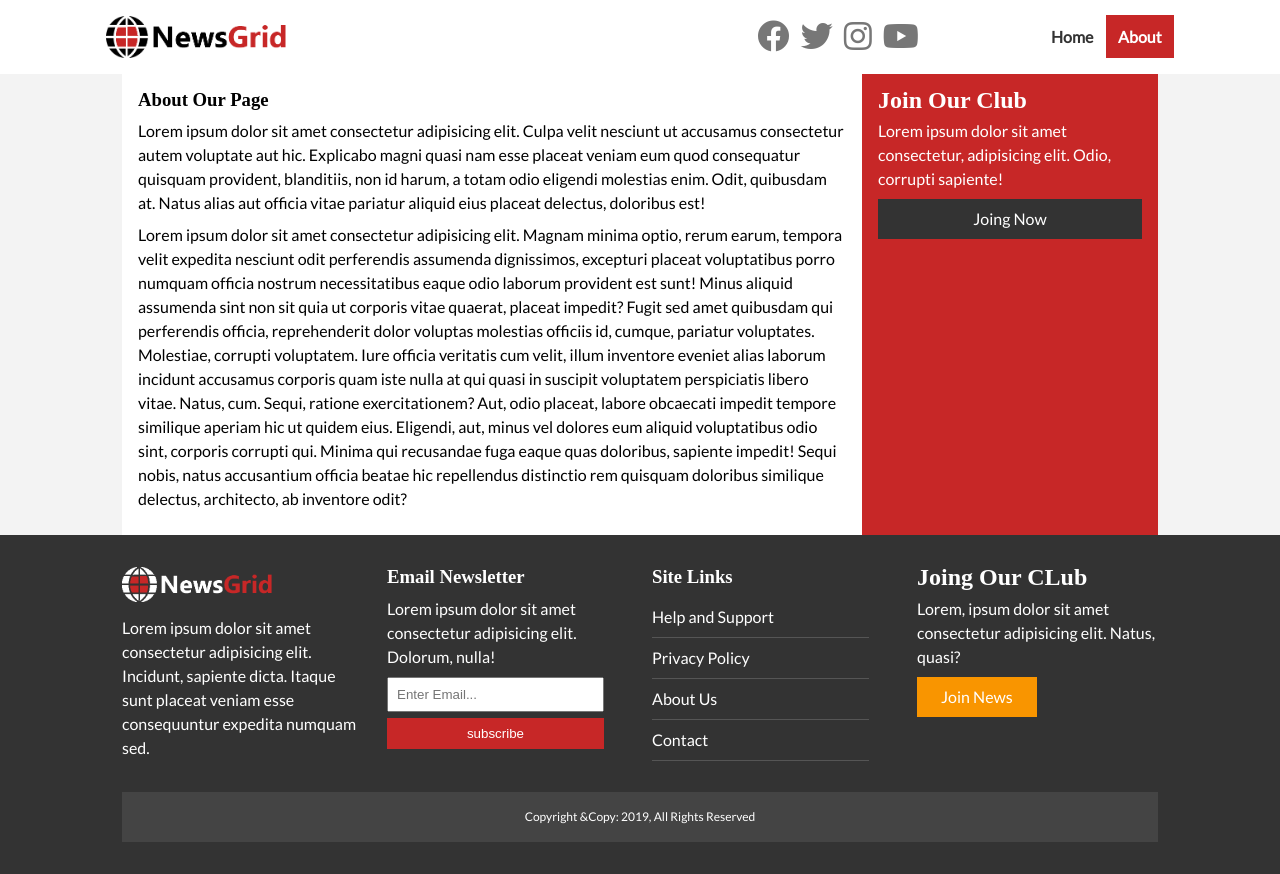
Repository: EswinGiova/NewsGrid
Page: about.html
The author's editor kept a copy of each file at every save. The page is drawn from the files as they stood at one save, then again after the next save.
The browser window is 1280 px wide. The pictures show the whole page.
Some web libraries are served in a nearby version.

Above is the page before, as saved 2020-09-20 19:26:29.

After the next save:
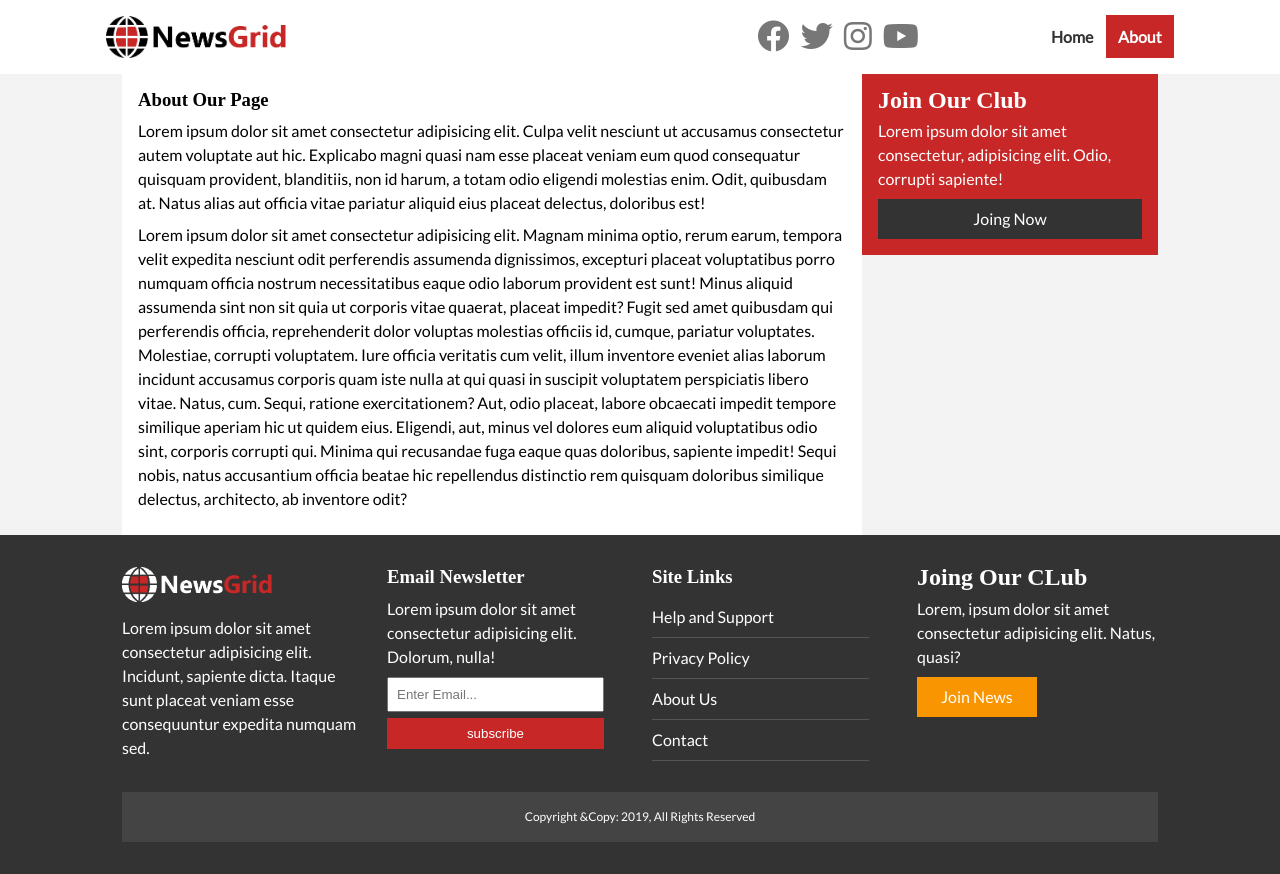
Saved 63 s later.
--- a/css/style.css
+++ b/css/style.css
@@ -176,6 +176,9 @@ h6 {
   display: grid;
   grid-template-columns: 5fr 2fr;
 }
+.page-container > *:first-child {
+  grid-row: 1 / span 3;
+}
 
 /* Navigation */
 #main-nav {
